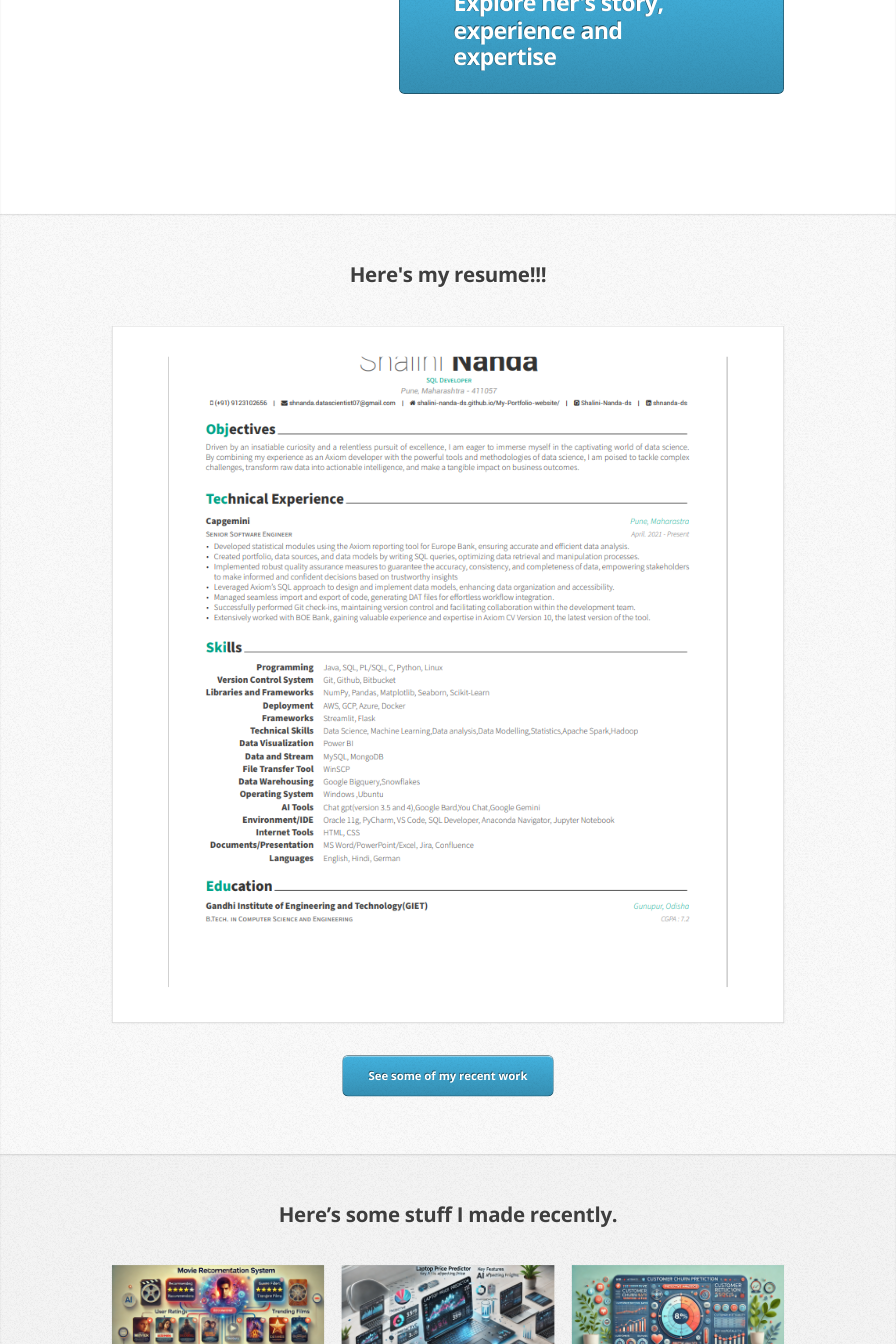
Repository: Shalini-Nanda-ds/Shalini-s-portfolio
Page: index.html
An editor plug-in stored every save of this project. The page is shown before and after the next save, followed by the edit.
The browser window is 1280 px wide. The pictures show the part of the page from y = 1165 to 3085 px (the page is 4530 px tall), at 70% of full size.

Above is the page before, as saved 2025-03-18 17:14:40.

After the next save:
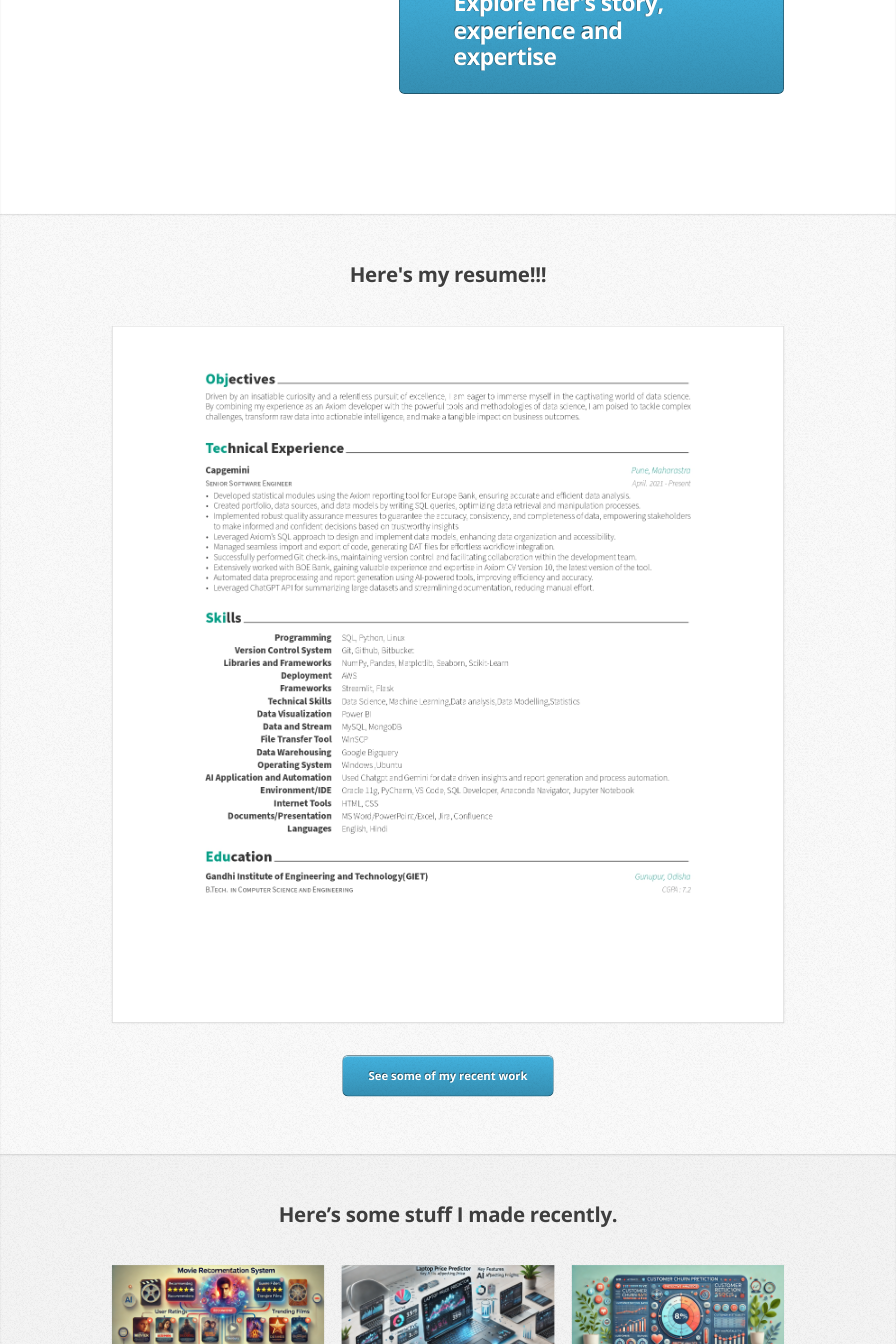
Saved 4 h 35 min later.
--- a/index.html
+++ b/index.html
@@ -55,8 +55,8 @@
 			<div class="col-12">
 				<section class="box style1">
 					<div class="resume-wrapper">
-						<a href="images\Final_cv_shalini.pdf" download>
-							<img src="images\sh.nanda.PNG" alt="Resume Preview" class="resume-image">
+						<a href="images\Final_one.pdf" download>
+							<img src="images\Final_one_page-0001.jpg" alt="Resume Preview" class="resume-image">
 						</a>
 					</div>
 				</section>
